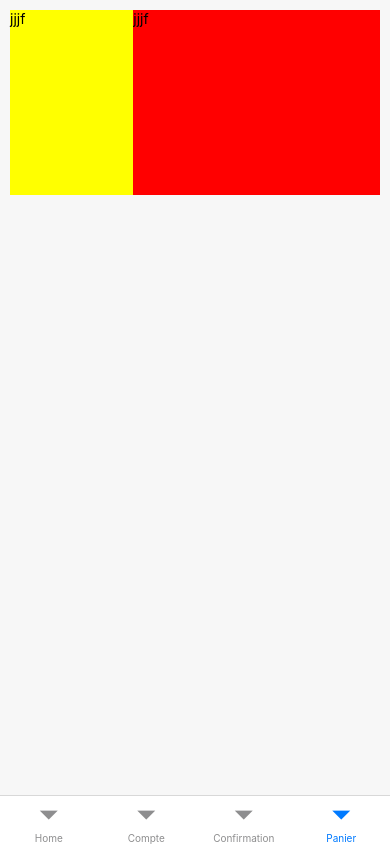
Repository: Norlan-20/Last-Afrilink
Screen: /Panier
An editor plug-in stored every save of this project. The screen is shown before and after the next save, followed by the edit.
The page's requests for data from a server got no answer. The app was drawn by React Native's web renderer in a window 390 px wide. The project was rebuilt for these pictures with package versions that can differ from the ones it lists, and the page was loaded fresh each time. No one was signed in, and anything a server would have sent is missing. Also part of the build but not shown: screen/User.js, component/button.js, screen/Confirmation.js, screen/Connexion.js, screen/Inscription.js, screen/Categorie.js, screen/Produit.js.

Above is the screen before, as saved 2021-09-27 09:32:57.

After the next save:
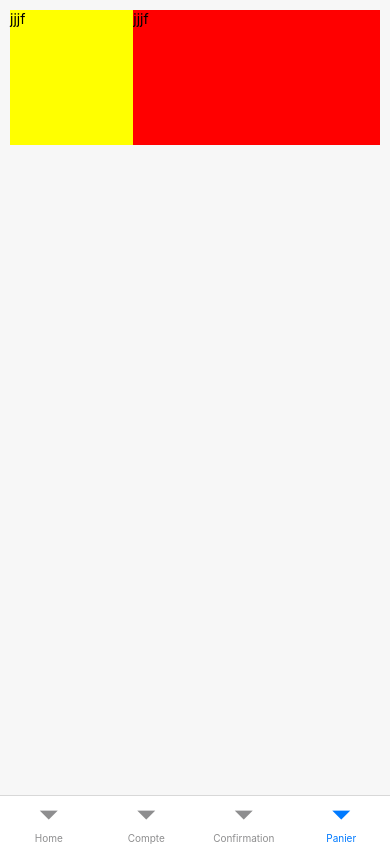
Saved 9 s later.
--- a/screen/Cart.js
+++ b/screen/Cart.js
@@ -30,7 +30,7 @@
         flexDirection: 'row',
         backgroundColor: '#DADADA',
         width: WIDTH,
-        height: WIDTH / 2,
+        height: WIDTH / 2 - 50,
     },
     productImageContiner: {
         flex: 1,
